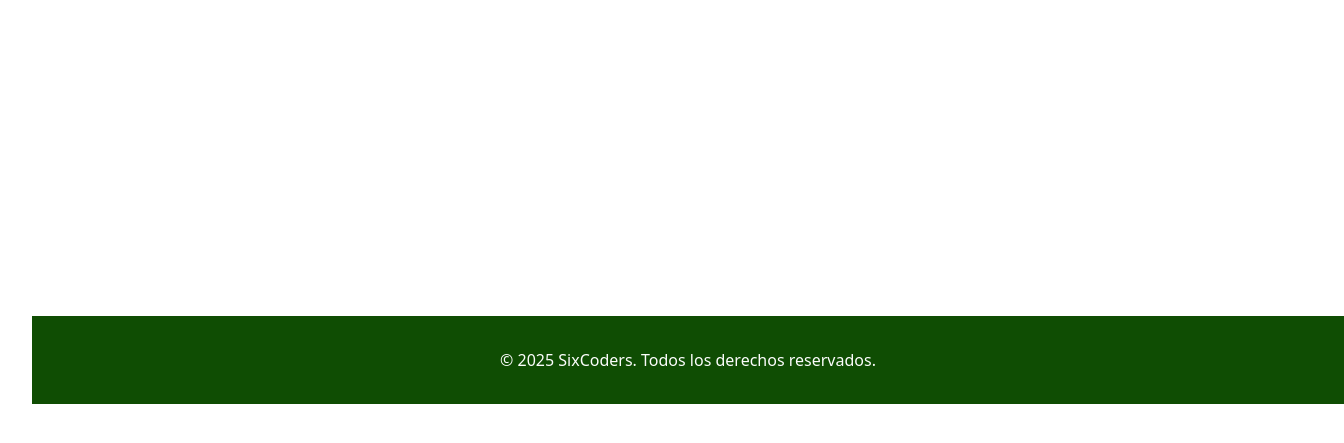
Repository: gaizkamg/cadena-de-postales-FRONT
Page: /info
These files come from the project's save history. The page is drawn as it stood at one moment and after a run of saves; the edit follows.
The browser window is 1280 px wide. The page is 1344 px wide, then 1312 px, so the pictures cover 1344 px, including what lies to the right of the window. The pictures show the whole page.
The project was rebuilt for these pictures with package versions that can differ from the ones it lists, and the page was loaded fresh each time. Also part of the build but not shown: vite.config.js.

Above is the page before, as saved 2025-05-21 09:14:36.

### src/App.vue
<script setup>

import Footer from './components/Footer.vue'
</script>

<template>
   <Footer />
</template>

<style scoped>

</style>

### src/components/Footer.vue
<template>
  <footer class="footer">
    <p>&copy; 2025 SixCoders. Todos los derechos reservados.</p>
  </footer>
</template>

<script setup>

</script>

<style scoped>
.footer {
  width: 100vw;
  background-color: #0f4d03;
  padding: 1rem;
  color: #fcfdfc;
  text-align: center;
  display: block;
  margin: 0;
}
</style>

Loaded but not shown: index.html (common file); src/main.js (common file); src/style.css (common file)

After the next 2 saves:
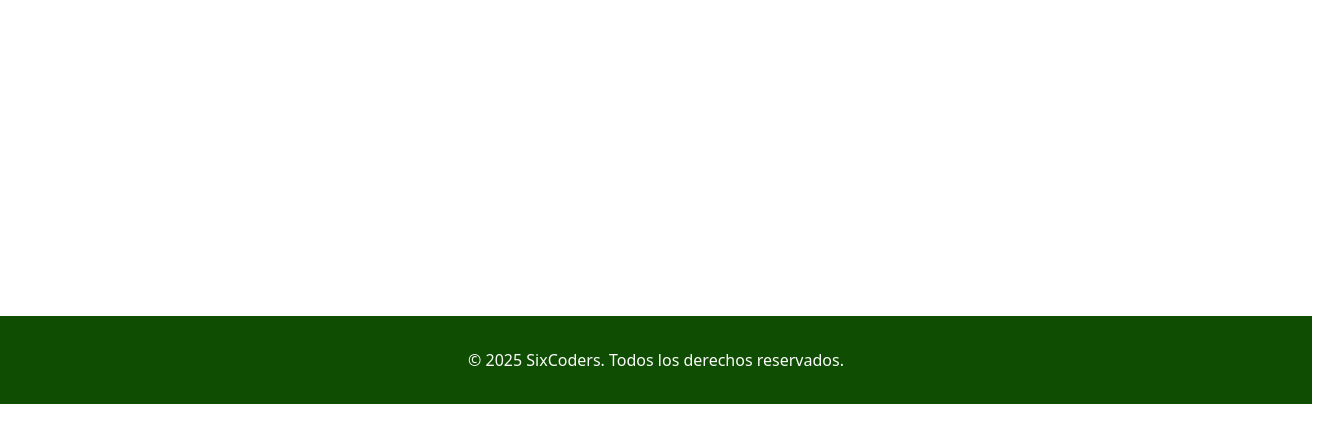
The 2 saves are shown as one change because 1 did not build or start.
The last was saved 2 min 54 s later.
--- a/src/components/Footer.vue
+++ b/src/components/Footer.vue
@@ -10,12 +10,15 @@
 
 <style scoped>
 .footer {
+  position: relative;
+  left: 50%;
+  right: 50%;
+  margin-left: -50vw;
+  margin-right: -50vw;
   width: 100vw;
   background-color: #0f4d03;
   padding: 1rem;
   color: #fcfdfc;
   text-align: center;
-  display: block;
-  margin: 0;
 }
 </style>
